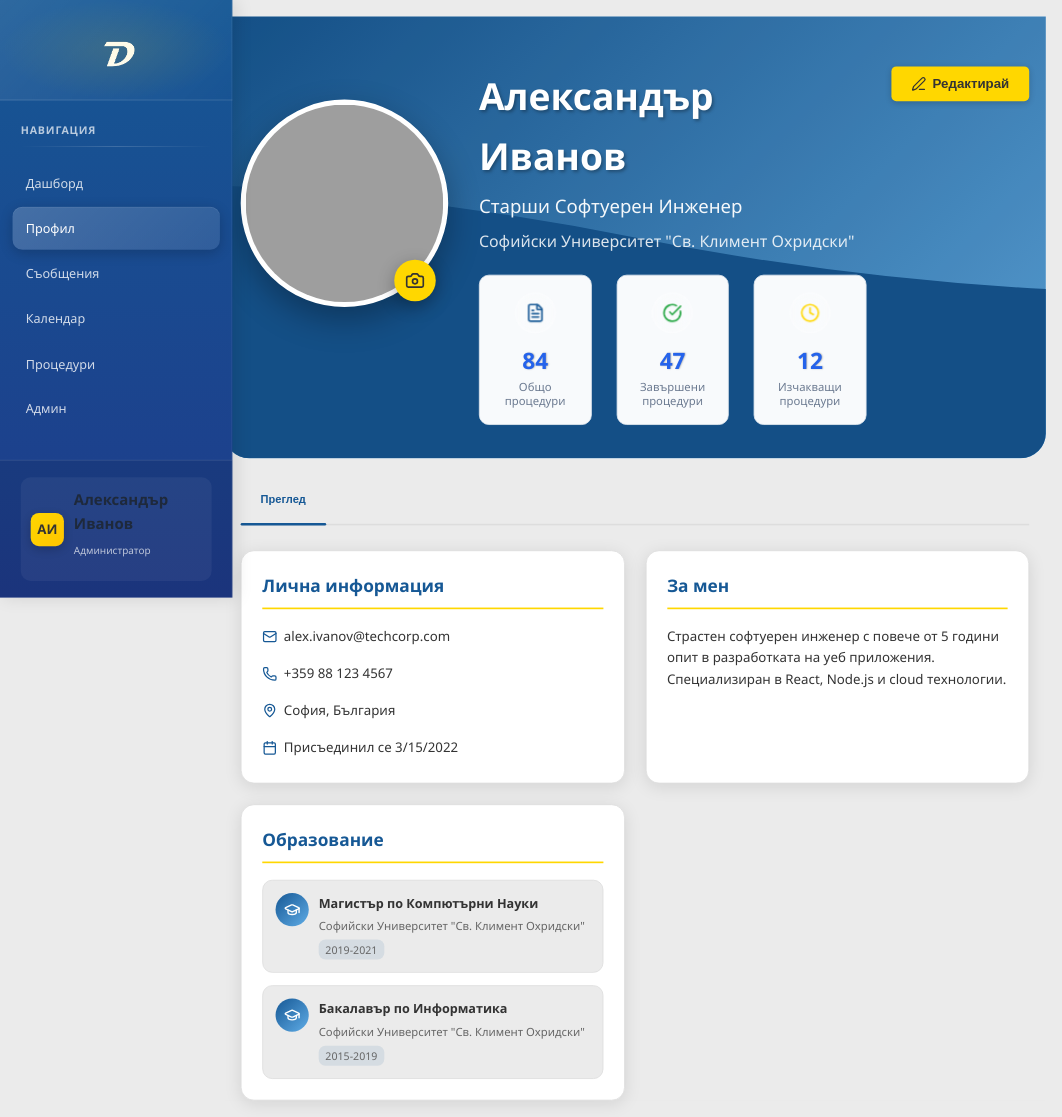
Repository: BorisSavianov/doxa-frontend
Page: /profile
An editor plug-in stored every save of this project. The page is shown before and after the next save, followed by the edit.
The browser window is 1280 px wide. The pictures show the whole page, at 83% of full size.
Pictures or frames that could not be fetched are drawn as grey boxes. The project was rebuilt for these pictures with package versions that can differ from the ones it lists, and the page was loaded fresh each time. Also part of the build but not shown: vite.config.js, src/components/Layout/Header.jsx, src/pages/Dashboard.jsx, src/pages/Inbox.css, src/pages/Inbox.jsx, src/pages/Calendar.css, src/pages/Calendar.jsx, src/pages/Admin.jsx and 2 more.

Above is the page before, as saved 2025-10-24 15:05:15.

### index.html
<!doctype html>
<html lang="en">
  <head>
    <meta charset="UTF-8" />
    <link rel="icon" type="image/svg+xml" href="/vite.svg" />
    <meta name="viewport" content="width=device-width, initial-scale=1.0" />
    <title>vtu</title>
  </head>
  <body>
    <div id="root"></div>
    <script type="module" src="/src/main.jsx"></script>
  </body>
</html>

### src/main.jsx
import React from 'react'
import ReactDOM from 'react-dom/client'
import { createBrowserRouter, RouterProvider } from 'react-router-dom'
import { ThemeProvider } from './contexts/ThemeContext'
import { LanguageProvider } from './contexts/LanguageContext'
import Layout from './components/Layout/Layout'
import Dashboard from './pages/Dashboard'
import Profile from './pages/Profile'
import Inbox from './pages/Inbox'
import Calendar from './pages/Calendar'
import Admin from './pages/Admin'
import './index.css'
import Procedures from './pages/Procedures'

const router = createBrowserRouter([
  {
    path: "/",
    element: <Layout />,
    children: [
      {
        index: true,
        element: <Dashboard />,
      },
      {
        path: "dashboard",
        element: <Dashboard />,
      },
      {
        path: "profile",
        element: <Profile />,
      },
      {
        path: "inbox",
        element: <Inbox />,
      },
      {
        path: "calendar",
        element: <Calendar />,
      },
      {
        path: "admin",
        element: <Admin />,
      },
       {
        path: "procedures",
        element: <Procedures />,
      },
    ],
  },
], {
  future: {
    v7_startTransition: true,
    v7_relativeSplatPath: true,
  },
});

function App() {
  return (
    <ThemeProvider>
      <LanguageProvider>
        <RouterProvider router={router} />
      </LanguageProvider>
    </ThemeProvider>
  )
}

ReactDOM.createRoot(document.getElementById('root')).render(
  <React.StrictMode>
    <App />
  </React.StrictMode>,
)

### src/contexts/LanguageContext.jsx
import React, { createContext, useContext, useState } from 'react'
import { useLocalStorage } from '../hooks/useLocalStorage'

const LanguageContext = createContext()

export const useLanguage = () => {
  const context = useContext(LanguageContext)
  if (!context) {
    throw new Error('useLanguage must be used within a LanguageProvider')
  }
  return context
}

export const LanguageProvider = ({ children }) => {
  const [isEnglish, setIsEnglish] = useLocalStorage('language', false)

  const toggleLanguage = () => {
    setIsEnglish(prev => !prev)
  }

  const t = (bg, en) => {
    return isEnglish ? en : bg
  }

  const value = {
    isEnglish,
    toggleLanguage,
    t
  }

  return (
    <LanguageContext.Provider value={value}>
      {children}
    </LanguageContext.Provider>
  )
}

// В LanguageContext.jsx, добави следния код в t функцията или създай нова:
const calendarLocales = {
  bg: {
    buttonText: {
      today: 'Днес',
      month: 'Месец',
      week: 'Седмица',
      day: 'Ден',
      list: 'Списък'
    },
    allDayText: 'Цял ден',
    noEventsText: 'Няма събития'
  },
  en: {
    buttonText: {
      today: 'Today',
      month: 'Month',
      week: 'Week',
      day: 'Day',
      list: 'List'
    },
    allDayText: 'All day',
    noEventsText: 'No events'
  }
}

// Актуализирай t функцията или добави нова:
const getCalendarLocale = () => {
  return isEnglish ? calendarLocales.en : calendarLocales.bg
}

### src/components/Layout/Layout.jsx
import React from 'react'
import { Outlet } from 'react-router-dom'
import { useTheme } from '../../contexts/ThemeContext'
import Header from './Header'
import Sidebar from './Sidebar'
import '../../styles/globals.css'

const Layout = () => {
  const { isDark } = useTheme()

  return (
    <div className={`app ${isDark ? 'dark' : 'light'}`}>
      <Sidebar />
      <div className="main-content">

        <Outlet />
      </div>
    </div>
  )
}

export default Layout

### src/index.css
:root {
  font-family: Inter, system-ui, Avenir, Helvetica, Arial, sans-serif;
  line-height: 1.5;
  font-weight: 400;
}

body {
  margin: 0;
  display: flex;
  place-items: center;
  min-width: 320px;
  min-height: 100vh;
}

#root {
  width: 100%;
  margin: 0 auto;
}

### src/components/Layout/Sidebar.jsx
import React from 'react'
import { NavLink } from 'react-router-dom'
import { useLanguage } from '../../contexts/LanguageContext'

const Sidebar = () => {
  const { t } = useLanguage()

  const menuItems = [
    { path: '/dashboard', label: t('Дашборд', 'Dashboard') },
    { path: '/profile', label: t('Профил', 'Profile') },
    { path: '/inbox', label: t('Съобщения', 'Inbox') },
    { path: '/calendar', label: t('Календар', 'Calendar') },
    { path: '/procedures', label: t('Процедури', 'Procedures') },
    { path: '/admin', label: t('Админ', 'Admin') }
  ]

  return (
    <aside className="sidebar">
      {/* Header with Logo */}
      <div className="sidebar-header">
        <div className="logo-container">
          <img
            src="/logo.png"
            alt="Logo"
            className="logo"
            onError={(e) => {
              e.target.style.display = 'none'
              e.target.nextSibling.style.display = 'block'
            }}
          />

        </div>
        <div className="header-glow"></div>
      </div>

      {/* Navigation Menu */}
      <nav className="sidebar-nav">
        <div className="nav-header">
          <div className="nav-title">НАВИГАЦИЯ</div>
          <div className="nav-divider"></div>
        </div>

        <ul className="nav-menu">
          {menuItems.map((item) => (
            <li key={item.path} className="nav-item">
              <NavLink
                to={item.path}
                className={({ isActive }) =>
                  `nav-link ${isActive ? 'active' : ''}`
                }
              >
                <span className="nav-label">{item.label}</span>
                <div className="nav-active-indicator"></div>
              </NavLink>
            </li>
          ))}
        </ul>
      </nav>

      {/* Sidebar Footer */}
      <div className="sidebar-footer">
        <div className="user-profile">
          <div className="user-avatar">
            <div className="avatar-initials">АИ</div>
          </div>
          <div className="user-info">
            <div className="user-name">Александър Иванов</div>
            <div className="user-role">Администратор</div>
          </div>
        </div>
      </div>
    </aside>
  )
}

export default Sidebar

### src/styles/dashboard.css
.dashboard {
    padding: 20px;
    min-height: 100vh;
    position: relative;
}

.dashboard-header {
    position: absolute;
    top: 0;
    left: 0;
    right: 0;
    height: 4px;
    background: #2563eb;
    background: linear-gradient(90deg, #2563eb 0%, #3b82f6 50%, #2563eb 100%);
}

.dashboard h2 {
    color: #2d3748;
    margin-bottom: 24px;
    font-size: 28px;
    font-weight: 600;
    margin-top: 10px;
}

.card {
    background: white;
    border-radius: 12px;
    padding: 24px;
    box-shadow: 0 4px 6px rgba(0, 0, 0, 0.05);
    border: 1px solid #e2e8f0;
    position: relative;
    overflow: hidden;
}

.card h2 {
    color: #2d3748;
    margin-bottom: 20px;
    font-size: 20px;
    font-weight: 600;
    border-bottom: 2px solid #e2e8f0;
    padding-bottom: 12px;
}

/* Процедури стилове - цяла ширина */
.procedures-card.full-width {
    grid-column: 1 / -1;
    margin-bottom: 24px;
}

.procedures-grid {
    display: grid;
    grid-template-columns: 1fr 1fr;
    gap: 40px;
}

.procedures-column {
    display: flex;
    flex-direction: column;
    justify-content: space-evenly;
    gap: 24px;
}

.procedure-section:nth-child(even) {
    flex: 1;
    display: flex;
    flex-direction: column;
    justify-content: flex-end;
}

.procedure-section h3 {
    font-size: 14px;
    color: #718096;
    margin-bottom: 8px;
    font-weight: 500;
}

.procedure-item {
    padding: 16px;
    border-radius: 8px;
    border: 1px solid #e2e8f0;
    transition: all 0.2s ease;
    background: white;
}

.procedure-item.waiting {
    padding: 12px 16px;
}

.procedure-content {
    display: flex;
    justify-content: space-between;
    align-items: flex-start;
    gap: 12px;
}

.procedure-info {
    flex: 1;
}

.procedure-title {
    font-weight: 600;
    color: #2d3748;
    margin-bottom: 4px;
}

.procedure-date {
    font-size: 14px;
    color: #718096;
}

.procedure-item:hover {
    background-color: #f7fafc;
    box-shadow: 0 2px 4px rgba(0, 0, 0, 0.1);
}

.procedure-list {
    display: flex;
    flex-direction: column;
    gap: 12px;
}

/* Бутон за детайли */
.details-btn {
    background: #2563eb;
    color: white;
    border: none;
    padding: 8px 16px;
    border-radius: 6px;
    font-size: 14px;
    font-weight: 500;
    cursor: pointer;
    transition: all 0.2s ease;
    white-space: nowrap;
    min-width: 80px;
}

.details-btn:hover {
    background: #1d4ed8;
    box-shadow: 0 2px 4px rgba(37, 99, 235, 0.3);
}

.details-btn:active {
    transform: translateY(0);
}

/* Долни секции */
.bottom-sections {
    display: grid;
    grid-template-columns: 1fr;
    gap: 24px;
}

/* Аналитики стилове - подобрени */
.analytics-card.full-width {
    grid-column: 1 / -1;
}

.analytics-content {
    padding: 10px 0;
}

.analytics-main {
    text-align: center;
    margin-bottom: 20px;
    padding: 20px;
    background: linear-gradient(135deg, #2563eb 0%, #3b82f6 100%);
    border-radius: 12px;
    color: white;
}

.month {
    font-size: 28px;
    font-weight: 700;
    margin-bottom: 8px;
}

.trend {
    font-size: 16px;
    font-weight: 600;
    padding: 8px 16px;
    border-radius: 20px;
    display: inline-block;
}

.trend.positive {
    background: rgba(255, 255, 255, 0.2);
    border: 1px solid rgba(255, 255, 255, 0.3);
}

.analytics-stats {
    display: grid;
    grid-template-columns: repeat(5, 1fr);
    gap: 15px;
    margin-top: 15px;
}

.stat-item {
    text-align: center;
    padding: 20px 15px;
    background: #f8fafc;
    border-radius: 12px;
    border: 1px solid #e2e8f0;
    transition: all 0.3s ease;
}

.stat-item:hover {
    /* transform: translateY(-2px); */
    box-shadow: 0 4px 12px rgba(0, 0, 0, 0.1);
}

.stat-value {
    font-size: 32px;
    font-weight: 700;
    color: #2563eb;
    margin-bottom: 8px;
}

.stat-value.accepted {
    color: #10b981;
}

.stat-value.rejected {
    color: #ef4444;
}

.stat-label {
    font-size: 14px;
    color: #64748b;
    font-weight: 500;
}

/* Календар стилове */
.calendar-placeholder {
    height: 200px;
    display: flex;
    align-items: center;
    justify-content: center;
    background: #f7fafc;
    border-radius: 8px;
    border: 2px dashed #e2e8f0;
}

.calendar-placeholder p {
    color: #a0aec0;
    font-size: 16px;
}

/* Responsive дизайн */
@media (max-width: 1024px) {
    .procedures-grid {
        gap: 30px;
    }

    .analytics-stats {
        grid-template-columns: repeat(3, 1fr);
    }
}

@media (max-width: 768px) {
    .dashboard {
        padding: 16px;
    }

    .card {
        padding: 20px;
    }

    .procedures-grid {
        grid-template-columns: 1fr;
        gap: 20px;
    }

    .bottom-sections {
        grid-template-columns: 1fr;
    }

    .procedures-card.full-width {
        margin-bottom: 20px;
    }

    .procedure-content {
        flex-direction: column;
        gap: 8px;
    }

    .details-btn {
        align-self: flex-end;
        min-width: 70px;
        padding: 6px 12px;
        font-size: 13px;
    }

    .analytics-stats {
        grid-template-columns: repeat(2, 1fr);
    }

    .stat-value {
        font-size: 28px;
    }
}

@media (max-width: 480px) {
    .month {
        font-size: 20px;
    }

    .dashboard h2 {
        font-size: 24px;
    }

    .analytics-stats {
        grid-template-columns: 1fr;
    }

    .stat-value {
        font-size: 24px;
    }

    .stat-item {
        padding: 15px 10px;
    }
}

### src/styles/admin.css
/* Admin Page */
.admin-page {
  padding: 20px;
  min-height: 100vh;
  background-color: #f8fafc;
}

.page-header {
  display: flex;
  align-items: center;
  gap: 20px;
  margin-bottom: 30px;
}

.back-btn {
  color: #2563eb;
  text-decoration: none;
  font-size: 14px;
  font-weight: 500;
  padding: 10px 16px;
  border: 1px solid #e2e8f0;
  border-radius: 8px;
  transition: all 0.2s ease;
  background: white;
}

.back-btn:hover {
  background: #f8fafc;
  border-color: #2563eb;
}

.page-header h1 {
  margin: 0;
  color: #1e293b;
  font-size: 32px;
  font-weight: 700;
}

/* Admin Container */
.admin-container {
  max-width: 1200px;
  margin: 0 auto;
  display: flex;
  flex-direction: column;
  gap: 24px;
}

/* Admin Actions */
.admin-actions {
  background: white;
  padding: 24px;
  border-radius: 12px;
  box-shadow: 0 1px 3px rgba(0, 0, 0, 0.1);
  border: 1px solid #e2e8f0;
}

.actions-header {
  margin-bottom: 20px;
}

.actions-header h2 {
  margin: 0;
  color: #1e293b;
  font-size: 20px;
  font-weight: 600;
}

.actions-grid {
  display: grid;
  grid-template-columns: repeat(auto-fit, minmax(200px, 1fr));
  gap: 16px;
}

.action-btn {
  display: flex;
  align-items: center;
  gap: 12px;
  padding: 20px;
  border: 2px solid transparent;
  border-radius: 12px;
  cursor: pointer;
  transition: all 0.3s ease;
  font-size: 16px;
  font-weight: 600;
}

.action-btn.primary {
  background: #2563eb;
  color: white;
}

.action-btn.primary:hover {
  background: #1d4ed8;
  box-shadow: 0 8px 20px rgba(37, 99, 235, 0.3);
}

.action-btn.secondary {
  background: #f8fafc;
  color: #475569;
  border-color: #e2e8f0;
}

.action-btn.secondary:hover {
  background: #f1f5f9;
  box-shadow: 0 4px 12px rgba(0, 0, 0, 0.1);
}

.action-icon {
  font-size: 20px;
}

.action-text {
  white-space: nowrap;
}

/* Users Filters */
.users-filters {
  background: white;
  padding: 24px;
  border-radius: 12px;
  box-shadow: 0 1px 3px rgba(0, 0, 0, 0.1);
  border: 1px solid #e2e8f0;
}

.filters-header {
  display: flex;
  align-items: center;
  justify-content: space-between;
  margin-bottom: 20px;
}

.filters-header h2 {
  margin: 0;
  color: #1e293b;
  font-size: 20px;
  font-weight: 600;
}

.users-count {
  background: #2563eb;
  color: white;
  padding: 6px 16px;
  border-radius: 20px;
  font-size: 14px;
  font-weight: 600;
}

.filters-scroll {
  display: flex;
  gap: 8px;
  overflow-x: auto;
  padding-bottom: 8px;
}

.filters-scroll::-webkit-scrollbar {
  height: 6px;
}

.filters-scroll::-webkit-scrollbar-track {
  background: #f1f5f9;
  border-radius: 3px;
}

.filters-scroll::-webkit-scrollbar-thumb {
  background: #cbd5e1;
  border-radius: 3px;
}

.filters-scroll::-webkit-scrollbar-thumb:hover {
  background: #94a3b8;
}

.filter-btn {
  display: flex;
  align-items: center;
  gap: 8px;
  padding: 12px 20px;
  background: #f8fafc;
  border: 2px solid transparent;
  border-radius: 20px;
  cursor: pointer;
  transition: all 0.3s ease;
  font-size: 14px;
  font-weight: 500;
  color: #475569;
  white-space: nowrap;
  flex-shrink: 0;
}

.filter-btn:hover {
  background: #f1f5f9;
}

.filter-btn.active {
  background: white;
  border-color: #2563eb;
  box-shadow: 0 2px 8px rgba(37, 99, 235, 0.15);
  color: #1e293b;
}

.filter-label {
  font-weight: 600;
}

.filter-count {
  background: #e2e8f0;
  color: #475569;
  padding: 2px 8px;
  border-radius: 12px;
  font-size: 12px;
  font-weight: 600;
  min-width: 24px;
  text-align: center;
}

.filter-btn.active .filter-count {
  background: #2563eb;
  color: white;
}

/* Users List Section */
.users-list-section {
  background: white;
  padding: 24px;
  border-radius: 12px;
  box-shadow: 0 1px 3px rgba(0, 0, 0, 0.1);
  border: 1px solid #e2e8f0;
}

.users-list {
  display: grid;
  grid-template-columns: repeat(auto-fill, minmax(400px, 1fr));
  gap: 20px;
}

.user-card {
  padding: 20px;
  border: 1px solid #e2e8f0;
  border-radius: 12px;
  transition: all 0.3s ease;
  background: white;
}

.user-card:hover {
  border-color: #cbd5e1;
  box-shadow: 0 4px 12px rgba(0, 0, 0, 0.08);
}

.user-header {
  display: flex;
  justify-content: space-between;
  align-items: flex-start;
  margin-bottom: 16px;
}

.user-name {
  font-size: 18px;
  font-weight: 700;
  color: #1e293b;
  margin-bottom: 8px;
}

.user-badges {
  display: flex;
  gap: 8px;
  flex-wrap: wrap;
}

.position-badge,
.city-badge {
  padding: 4px 12px;
  border-radius: 12px;
  font-size: 11px;
  font-weight: 600;
  color: white;
  text-transform: capitalize;
}

.user-info {
  margin-bottom: 16px;
}

.info-item {
  display: flex;
  align-items: center;
  gap: 8px;
  margin-bottom: 4px;
}

.info-label {
  font-size: 13px;
  color: #64748b;
  font-weight: 500;
  min-width: 100px;
}

.info-value {
  font-size: 14px;
  color: #1e293b;
  font-weight: 500;
}

.user-dates {
  display: flex;
  flex-direction: column;
  gap: 8px;
  margin-bottom: 20px;
  padding: 12px;
  background: #f8fafc;
  border-radius: 8px;
  border: 1px solid #e2e8f0;
}

.date-item {
  display: flex;
  justify-content: space-between;
  align-items: center;
}

.date-label {
  font-size: 13px;
  color: #64748b;
  font-weight: 500;
}

.date-value {
  font-size: 13px;
  color: #1e293b;
  font-weight: 600;
}

.user-actions {
  display: flex;
  gap: 8px;
  flex-wrap: wrap;
}

.user-btn {
  padding: 8px 16px;
  border: 1px solid #e2e8f0;
  border-radius: 6px;
  font-size: 12px;
  font-weight: 600;
  cursor: pointer;
  transition: all 0.2s ease;
  background: white;
  color: #475569;
}

.user-btn:hover {
}

.user-btn.edit:hover {
  background: #3b82f6;
  color: white;
  border-color: #3b82f6;
}

.user-btn.details:hover {
  background: #10b981;
  color: white;
  border-color: #10b981;
}

.user-btn.assign:hover {
  background: #f59e0b;
  color: white;
  border-color: #f59e0b;
}

/* No Users State */
.no-users {
  text-align: center;
  padding: 60px 20px;
  color: #64748b;
  grid-column: 1 / -1;
}

.no-users h3 {
  margin: 0 0 12px 0;
  color: #475569;
  font-size: 20px;
  font-weight: 600;
}

.no-users p {
  margin: 0;
  font-size: 16px;
  opacity: 0.8;
}

/* Modal Styles */
.modal-overlay {
  position: fixed;
  top: 0;
  left: 0;
  right: 0;
  bottom: 0;
  background: rgba(0, 0, 0, 0.5);
  display: flex;
  align-items: center;
  justify-content: center;
  z-index: 1000;
  padding: 20px;
}

.modal-content {
  background: white;
  border-radius: 12px;
  box-shadow: 0 20px 40px rgba(0, 0, 0, 0.2);
  max-width: 500px;
  width: 100%;
  max-height: 90vh;
  overflow-y: auto;
}

.modal-header {
  display: flex;
  align-items: center;
  justify-content: space-between;
  padding: 24px;
  border-bottom: 1px solid #e2e8f0;
}

.modal-header h3 {
  margin: 0;
  color: #1e293b;
  font-size: 20px;
  font-weight: 600;
}

.modal-close {
  background: none;
  border: none;
  font-size: 24px;
  cursor: pointer;
  color: #64748b;
  padding: 0;
  width: 32px;
  height: 32px;
  display: flex;
  align-items: center;
  justify-content: center;
  border-radius: 6px;
}

.modal-close:hover {
  background: #f1f5f9;
  color: #1e293b;
}

.modal-body {
  padding: 24px;
}

.modal-body p {
  margin: 0;
  color: #64748b;
  line-height: 1.6;
}

.modal-footer {
  display: flex;
  gap: 12px;
  justify-content: flex-end;
  padding: 24px;
  border-top: 1px solid #e2e8f0;
}

.modal-btn {
  padding: 10px 20px;
  border: 1px solid #e2e8f0;
  border-radius: 8px;
  font-size: 14px;
  font-weight: 600;
  cursor: pointer;
  transition: all 0.2s ease;
}

.modal-btn.primary {
  background: #2563eb;
  color: white;
  border-color: #2563eb;
}

.modal-btn.primary:hover {
  background: #1d4ed8;
}

.modal-btn.secondary {
  background: white;
  color: #475569;
}

.modal-btn.secondary:hover {
  background: #f8fafc;
}

/* Responsive Design */
@media (max-width: 1024px) {
  .users-list {
    grid-template-columns: repeat(auto-fill, minmax(350px, 1fr));
  }
}

@media (max-width: 768px) {
  .admin-page {
    padding: 16px;
  }

  .page-header {
    flex-direction: column;
    align-items: flex-start;
    gap: 16px;
  }

  .page-header h1 {
    font-size: 28px;
  }

  .admin-actions,
  .users-filters,
  .users-list-section {
    padding: 20px;
  }

  .actions-grid {
    grid-template-columns: 1fr;
  }

  .filters-header {
    flex-direction: column;
    align-items: flex-start;
    gap: 12px;
  }

  .users-list {
    grid-template-columns: 1fr;
  }

  .user-header {
    flex-direction: column;
    gap: 12px;
  }

  .user-badges {
    align-self: flex-start;
  }

  .user-actions {
    justify-content: center;
  }

  .modal-content {
    margin: 20px;
  }
}

@media (max-width: 480px) {
  .user-card {
    padding: 16px;
  }

  .user-dates {
    flex-direction: column;
    gap: 6px;
  }

  .date-item {
    flex-direction: column;
    align-items: flex-start;
    gap: 4px;
  }

  .modal-footer {
    flex-direction: column;
  }

  .modal-btn {
    width: 100%;
  }
}

Loaded but not shown: src/contexts/ThemeContext.js (31 lines, source omitted); src/hooks/useLocalStorage.js (24 lines, source omitted); src/pages/Profile.jsx (417 lines, source omitted); src/styles/globals.css (624 lines, source omitted); src/pages/Profile.css (619 lines, source omitted)

After the next save:
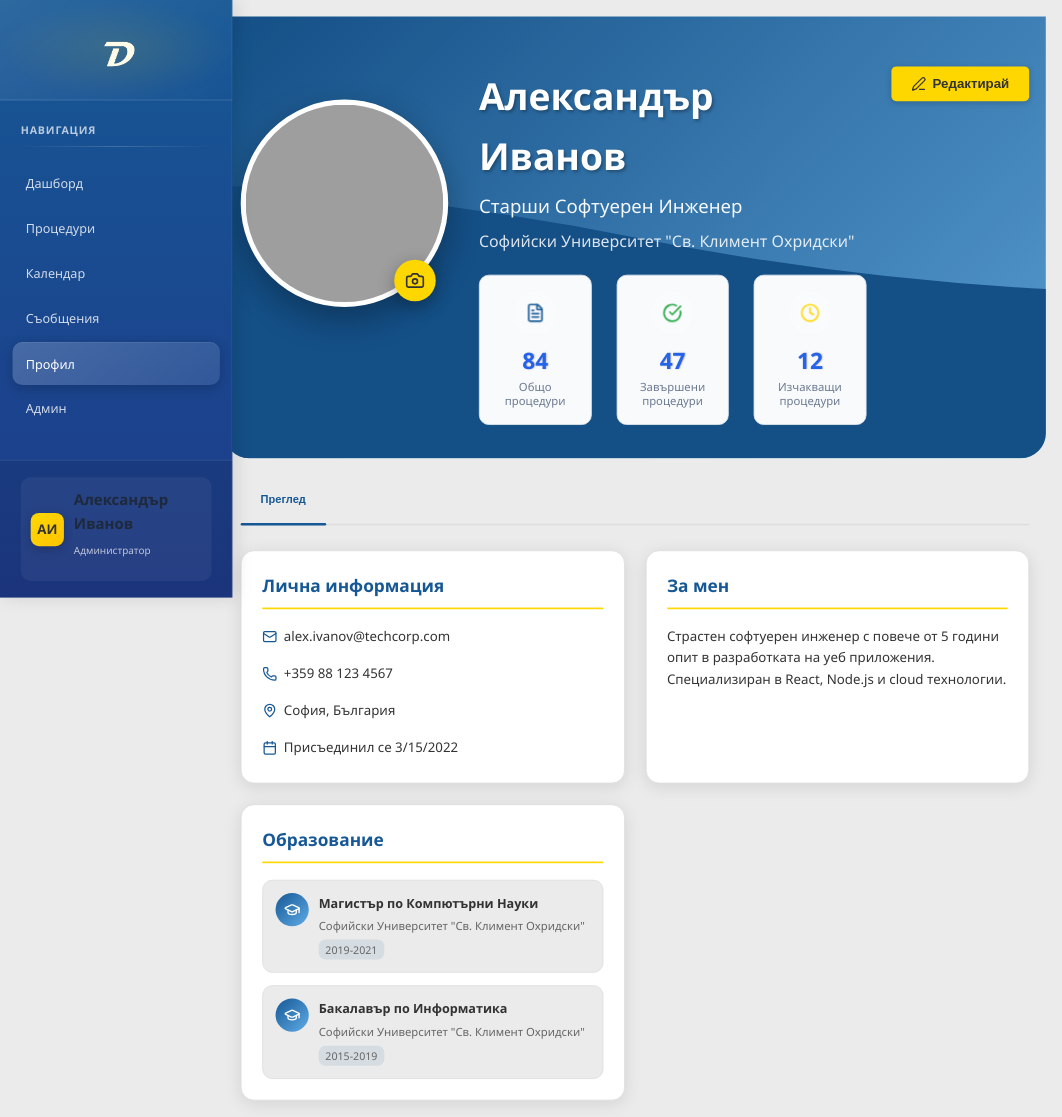
Saved 64 s later.
--- a/src/components/Layout/Sidebar.jsx
+++ b/src/components/Layout/Sidebar.jsx
@@ -7,10 +7,10 @@ const Sidebar = () => {
 
   const menuItems = [
     { path: '/dashboard', label: t('Дашборд', 'Dashboard') },
+    { path: '/procedures', label: t('Процедури', 'Procedures') },
+    { path: '/calendar', label: t('Календар', 'Calendar') },
+    { path: '/inbox', label: t('Съобщения', 'Inbox') },
     { path: '/profile', label: t('Профил', 'Profile') },
-    { path: '/inbox', label: t('Съобщения', 'Inbox') },
-    { path: '/calendar', label: t('Календар', 'Calendar') },
-    { path: '/procedures', label: t('Процедури', 'Procedures') },
     { path: '/admin', label: t('Админ', 'Admin') }
   ]
 
